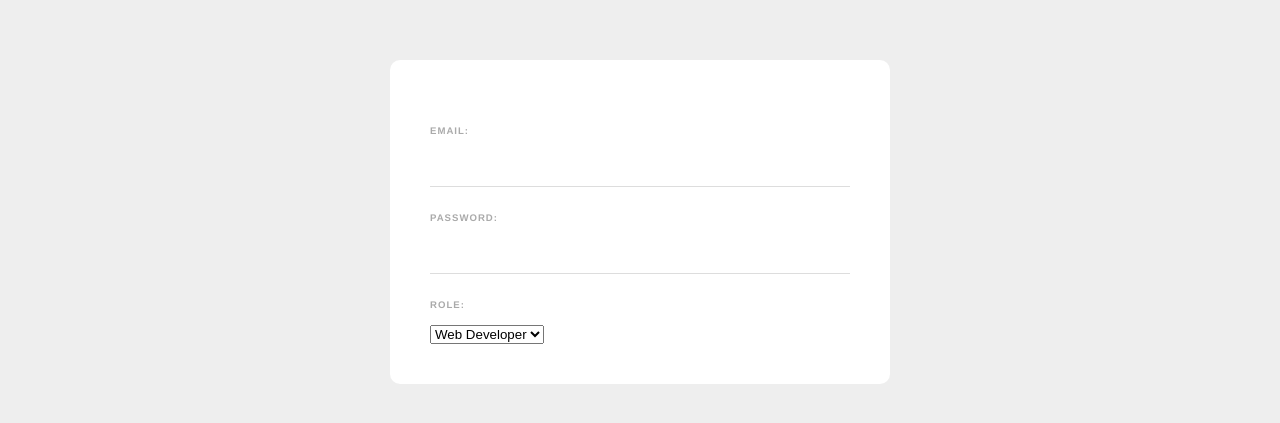
Repository: pin-seavmuy/Vue-Js
Page: /
The author's editor kept a copy of each file at every save. The page is drawn from the files as they stood at one save, then again after a run of saves.
The browser window is 1280 px wide. The pictures show the whole page.
The project was rebuilt for these pictures with package versions that can differ from the ones it lists, and the page was loaded fresh each time. Also part of the build but not shown: vue.config.js.

Above is the page before, as saved 2023-11-15 00:56:37.

### src/App.vue
<template>
  <SignupForm/>
</template>

<script>
import SignupForm from './components/SignupForm.vue'

export default {
  name: 'App',
  components: {
    SignupForm
  }
}
</script>

<style>
#app {
  font-family: Avenir, Helvetica, Arial, sans-serif;
  -webkit-font-smoothing: antialiased;
  -moz-osx-font-smoothing: grayscale;
  text-align: center;
  color: #2c3e50;
  margin-top: 60px;
}
body{
  margin: 0;
  background: #eee;

}
</style>

### src/components/SignupForm.vue
<template>
  <form>
    <label>Email:</label>
    <input type="email" required v-model="email">

    <label>Password:</label>
    <input type="password" required v-model="password">

        <label>Role:</label>
        <select v-modek>
            <option value="developer">Web Developer</option>
            <option value="designer">Web Designer</option>
        </select>
  </form>

  <p>{{ email }}</p>
  <p>{{ password }}</p>
</template>

<script>
export default {
    data(){
        return{
            email: '',
            password: '',
            role: ''
        }
    },
    components: []
}
</script>

<style>
    form{
        max-width: 420px;
        margin: 30px auto;
        background: #fff;
        text-align: left;
        padding: 40px;
        border-radius: 10px;
    }
    label{
        color: #aaa;
        display: flex;
        margin: 25px 0 15px;
        font-size: 0.6em;
        text-transform: uppercase;
        letter-spacing: 1px;
        font-weight: bold;
    }
    input{
        display: block;
        padding: 10px 6px;
        width: 100%;
        box-sizing: border-box;
        border: none;
        border-bottom: 1px solid #ddd;
        color: #555;
    }
</style>

Loaded but not shown: public/index.html (common file); src/main.js (common file)

After the next 4 saves:
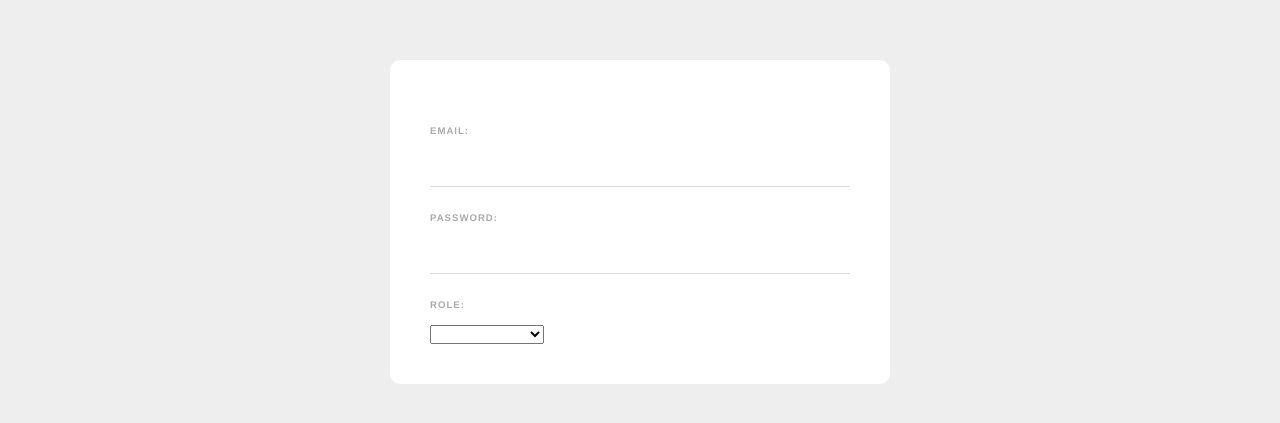
The 4 saves are shown as one change because they came seconds apart.
The last was saved 9 s later.
--- a/src/components/SignupForm.vue
+++ b/src/components/SignupForm.vue
@@ -7,7 +7,7 @@
     <input type="password" required v-model="password">
 
         <label>Role:</label>
-        <select v-modek>
+        <select v-model="role">
             <option value="developer">Web Developer</option>
             <option value="designer">Web Designer</option>
         </select>
